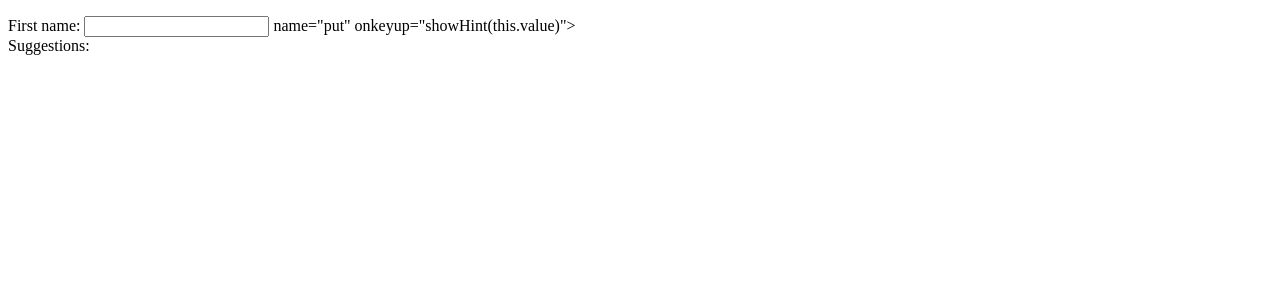
Repository: M-Anusha/Myprojects
Page: http://localhost/ajaxDemo/hello.jsp
These files come from the project's save history. The page is drawn as it stood at one moment and after the next save; the edit follows.
The browser window is 1280 px wide. The pictures show the whole page.
The page is served by Tomcat 9.

Above is the page before, as saved 2015-08-17 06:15:51.

### ajaxDemo/WebContent/hello.jsp
<%@ page language="java" contentType="text/html; charset=ISO-8859-1"
    pageEncoding="ISO-8859-1"%>
<!DOCTYPE html PUBLIC "-//W3C//DTD HTML 4.01 Transitional//EN" "http://www.w3.org/TR/html4/loose.dtd">
<html>
<head>
<meta http-equiv="Content-Type" content="text/html; charset=ISO-8859-1">
<title>Insert title here</title>
</head>


<script type="text/javascript">
function showHint(str)
{
	var xmlhttp;
	if(str.length==0){
		document.getElementById("t").innerHTML=" ";
		return;
	}
	if(window.XMLHttpRequest){
		xmlhttp=new XMLHttpRequest();
	}
	else{
		xmlhttp=new ActiveXObject("Microsoft.XMLHTTP");
	}
	xmlhttp.onreadystatechange=function(){
		if(xmlhttp.readyState==4 && xmlhttp.status==200){
			document.getElementById("t").innerHTML=xmlhttp.responseText;

		}
	}
	xmlhttp.open("GET", "GetData.jsp?q="+str, true);
	xmlhttp.send();
	}
</script>
<body>
<form>
<p>
First name: <input type="text" <!-- id="txt1" --> name="put" onkeyup="showHint(this.value)"> <br/>
Suggestions: <span id="t"></span></p>

</form>
</body>
</html>

After the next save:
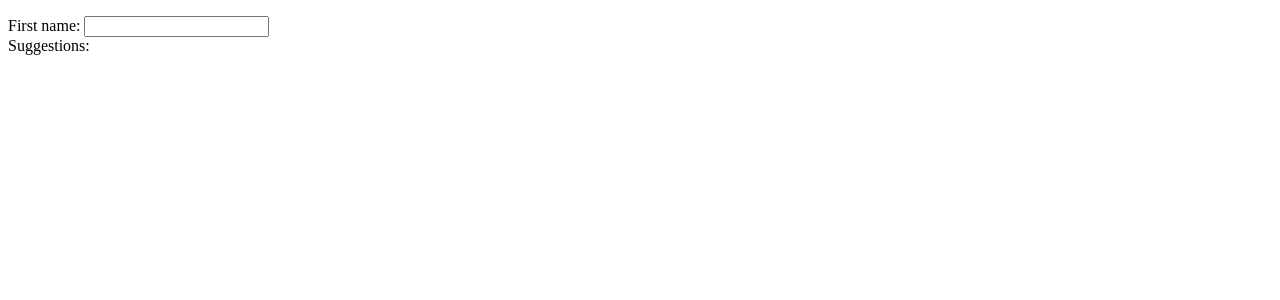
Saved 32 s later.
--- a/ajaxDemo/WebContent/hello.jsp
+++ b/ajaxDemo/WebContent/hello.jsp
@@ -35,7 +35,7 @@ function showHint(str)
 <body>
 <form>
 <p>
-First name: <input type="text" <!-- id="txt1" --> name="put" onkeyup="showHint(this.value)"> <br/>
+First name: <input type="text" id="txt1" name="put" onkeyup="showHint(this.value)"> <br/>
 Suggestions: <span id="t"></span></p>
 
 </form>
